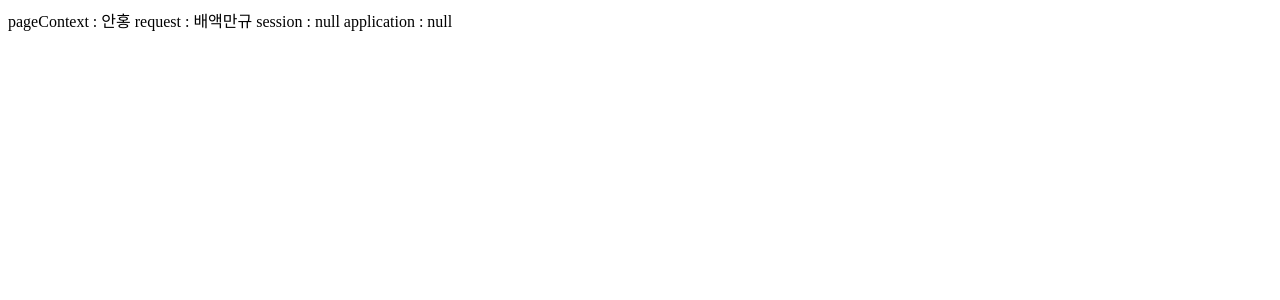
Repository: gitgw016/jsp
Page: http://localhost/09_scope/attrTest4.jsp
An editor plug-in stored every save of this project. The page is shown before and after the next save, followed by the edit.
The browser window is 1280 px wide. The pictures show the whole page.
The page is served by Tomcat 9.

Above is the page before, as saved 2021-12-08 07:00:49.

### 09_scope/src/main/webapp/attrTest4.jsp
<%@ page language="java" contentType="text/html; charset=UTF-8"
    pageEncoding="UTF-8"%>
<!DOCTYPE html>
<html>
<head>
<meta charset="UTF-8">
<title>attrTest4.jsp</title>
</head>
<body>
	<%
		pageContext.setAttribute("aaa", "안홍");
		request.setAttribute("bbb", "배액만규");
	%>
	pageContext : <%=pageContext.getAttribute("aaa") %>
	request : <%=request.getAttribute("bbb") %>
	session : <%=session.getAttribute("email") %>
	application : <%=application.getAttribute("id") %>
</body>
</html>

After the next save:
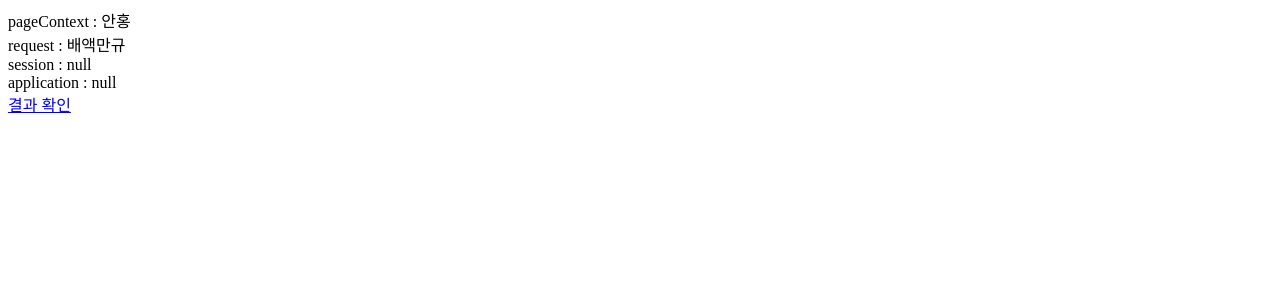
Saved 61 s later.
--- a/09_scope/src/main/webapp/attrTest4.jsp
+++ b/09_scope/src/main/webapp/attrTest4.jsp
@@ -11,9 +11,10 @@
 		pageContext.setAttribute("aaa", "안홍");
 		request.setAttribute("bbb", "배액만규");
 	%>
-	pageContext : <%=pageContext.getAttribute("aaa") %>
-	request : <%=request.getAttribute("bbb") %>
-	session : <%=session.getAttribute("email") %>
-	application : <%=application.getAttribute("id") %>
+	pageContext : <%=pageContext.getAttribute("aaa") %><br/>
+	request : <%=request.getAttribute("bbb") %><br/>
+	session : <%=session.getAttribute("email") %><br/>
+	application : <%=application.getAttribute("id") %><br/>
+	<a href="attrResult.jsp">결과 확인</a>
 </body>
 </html>
